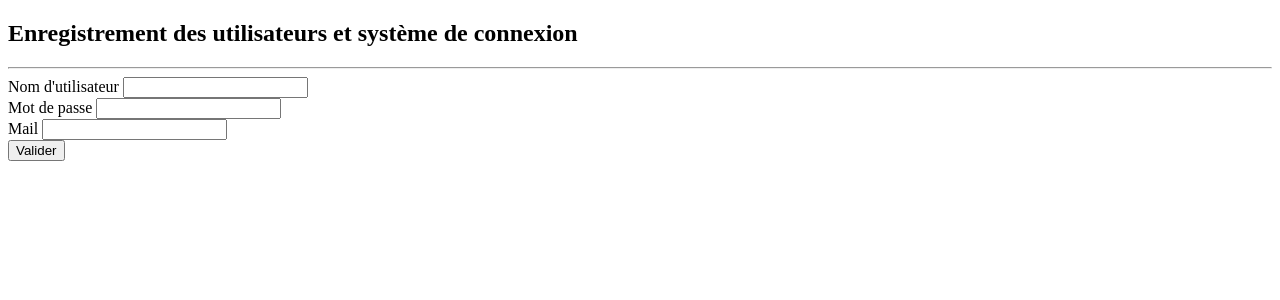
Repository: clairedupuich/serv_drone
Page: http://localhost/test.php
An editor plug-in stored every save of this project. The page is shown before and after the next save, followed by the edit.
The browser window is 1280 px wide. The pictures show the whole page.
The page is run by PHP 8.4 with error messages shown; the project is at /var/www/html/.

Above is the page before, as saved 2021-06-01 20:37:00.

### test.php
<!DOCTYPE html>
<html lang="en">
<head>
    <meta charset="UTF-8">
    <meta http-equiv="X-UA-Compatible" content="IE=edge">
    <meta name="viewport" content="width=device-width, initial-scale=1.0">
    <title>Document</title>
</head>
<body>
    <?php
    //require_once("pdo.php");

    $hosthome = 'localhost';
    $database = 'servdrone';
    $userName = 'claire';
    $password = 'claire'; //此处直接链接数据库。pdo文件不能运行。


                try {
                    $connexion = 'mysql:host='.$hosthome.';port=3308;dbname='.$database;
                    $monPdo = new PDO($connexion, $userName, $password, array(PDO::ATTR_ERRMODE => PDO::ERRMODE_EXCEPTION));
                    if(isset($_POST["submit"])) {
                        if(isset($_POST["username"], $_POST["password"], $_POST["email"]) && !empty($_POST["username"])&& !empty($_POST["password"]) && !empty($_POST["email"])) {
                            //echo "bonjour".$_POST["username"];
                            $firstname = $_POST["username"];
                            $password = $_POST["password"];
                            $email = $_POST["email"];
                            //$pdo = MonPdo::utiliserPdo(); // tu te connectes à PDO
                            $sql = "INSERT INTO `users` (`firstName`, `password`, `email`) VALUES ('".$firstname."', '".$password."', '".$email."')";
                            $requete = $monPdo->prepare($sql);
                            $requete->execute();

                       } else {
                           echo "entrer un nom";
                       }
                    }

                } catch(PDOException $exception){
                    $errorMessage = "Erreur de connexion à la base de données".$exception->getMessage();
                    die($errorMessage);
                }



    // $_POST = [
    //     "username" => "claire"
    //     "password" => "123"
            //"email" => "n;,n;,n",
            //"submit" => "submit"


    // ]


    ?>
     <h2>Enregistrement des utilisateurs et système de connexion</h2>
<hr>
        <form action="#" method="POST">



                <label for="pseudo">Nom d'utilisateur</label>
                <input type="text" id ="pseudo" name="username"><br>


                <label for="pwd">Mot de passe</label>
                <input type="password" name="password" id="pwd"><br>

                <label for="mail">Mail</label>
                <input type="email" name="email" id="mail"><br>

                <button type="submit" name="submit" value="submit">Valider</button>

        </form>
    </body>
</html>

After the next save:
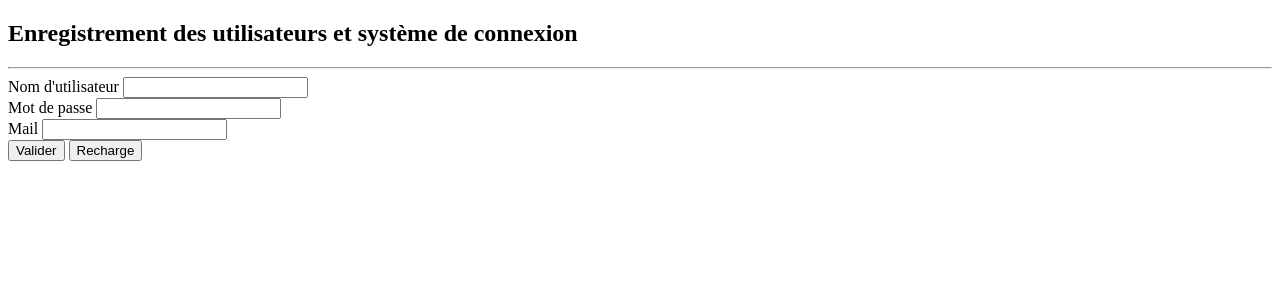
Saved 2 min 25 s later.
--- a/test.php
+++ b/test.php
@@ -70,7 +70,7 @@
                 <input type="email" name="email" id="mail"><br>
 
                 <button type="submit" name="submit" value="submit">Valider</button>
-
+                <input type="reset" name="cancel" value="Recharge">
         </form>
     </body>
 </html>
